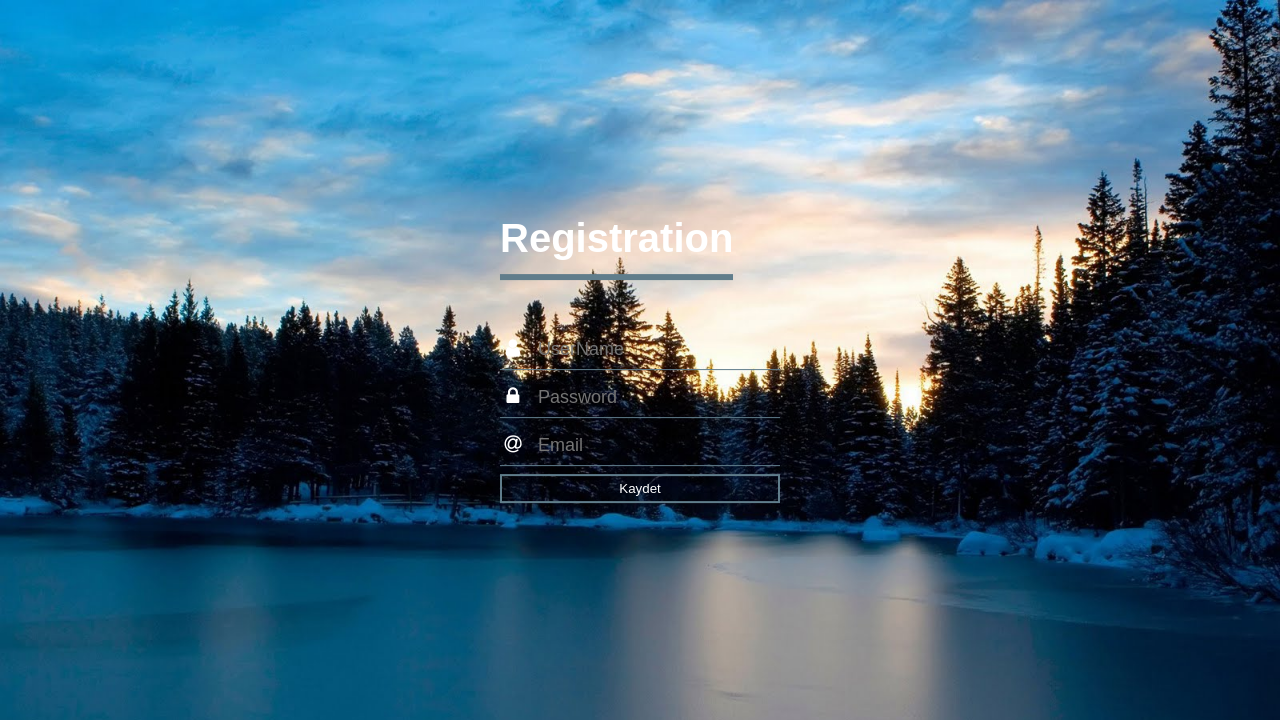
Repository: Berilinanir/Login-Logout-System
Page: Loginn/WebContent/registration.html
The author's editor kept a copy of each file at every save. The page is drawn from the files as they stood at one save, then again after the next save.
The browser window is 1280 px wide. The pictures show the whole page.

Above is the page before, as saved 2018-10-13 10:10:00.

After the next save:
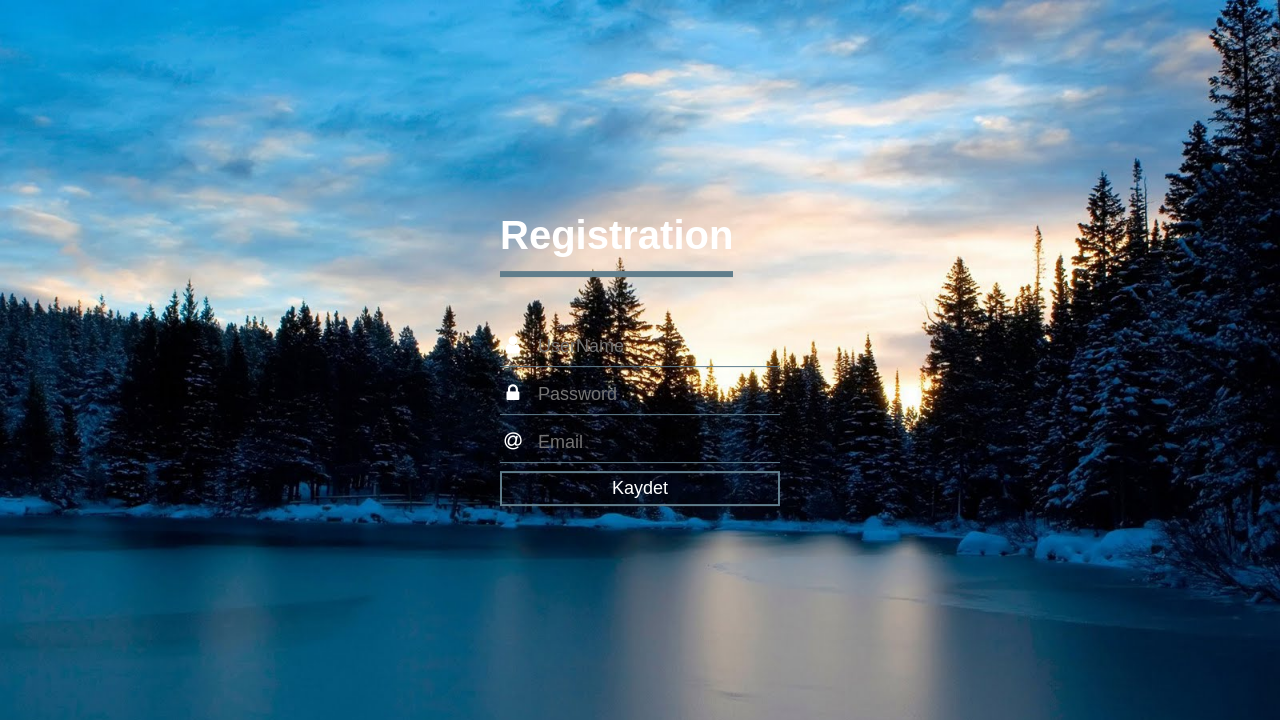
Saved 75 s later.
--- a/Loginn/WebContent/style.css
+++ b/Loginn/WebContent/style.css
@@ -71,5 +71,7 @@ body{
 	border:2px solid #607d8b;
 	color:white;
 	padding:5px;
+	font-size:18px;
+	cursor:pointer;
 
 }
